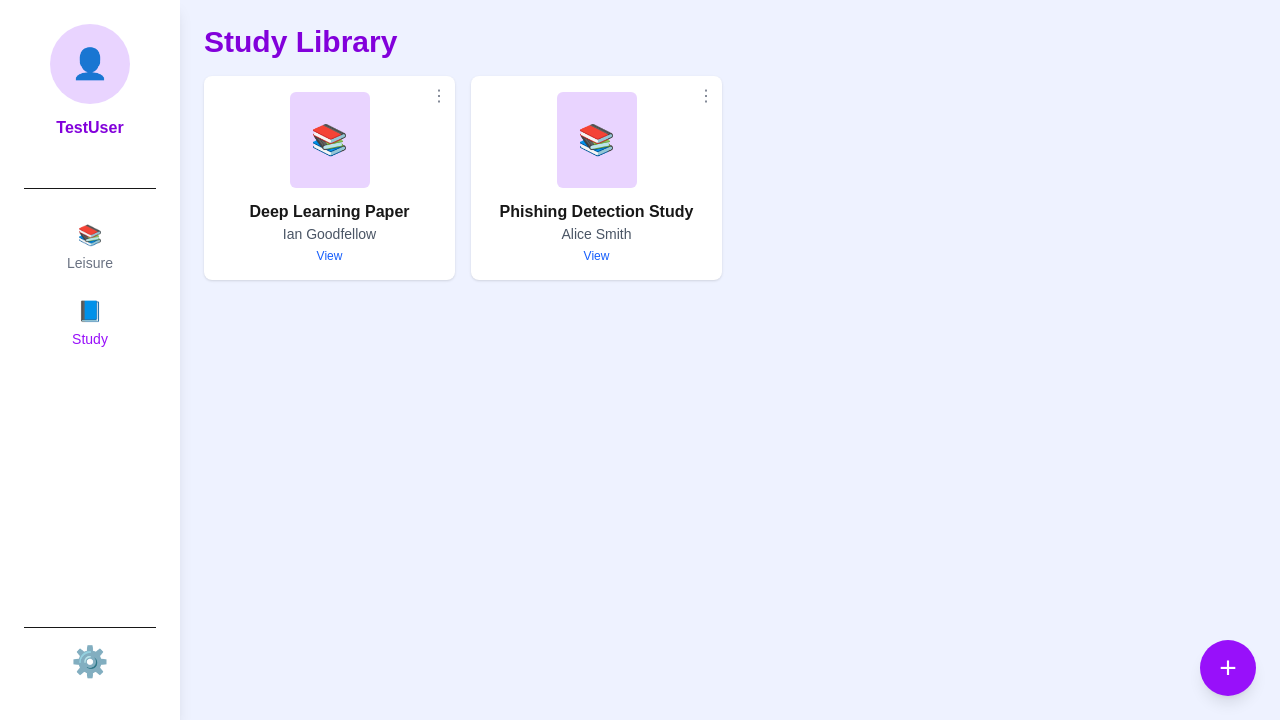
Repository: ramosfranz/bookie
Page: /dashboard
These files come from the project's save history. The page is drawn as it stood at one moment and after the next save; the edit follows.
The browser window is 1280 px wide. The pictures show the whole page.
The project was rebuilt for these pictures with package versions that can differ from the ones it lists, and the page was loaded fresh each time. The framework's server and built-in components were replaced by stand-ins that run in the browser. Also part of the build but not shown: next.config.ts.

Above is the page before, as saved 2025-11-17 00:47:53.

After the next save:
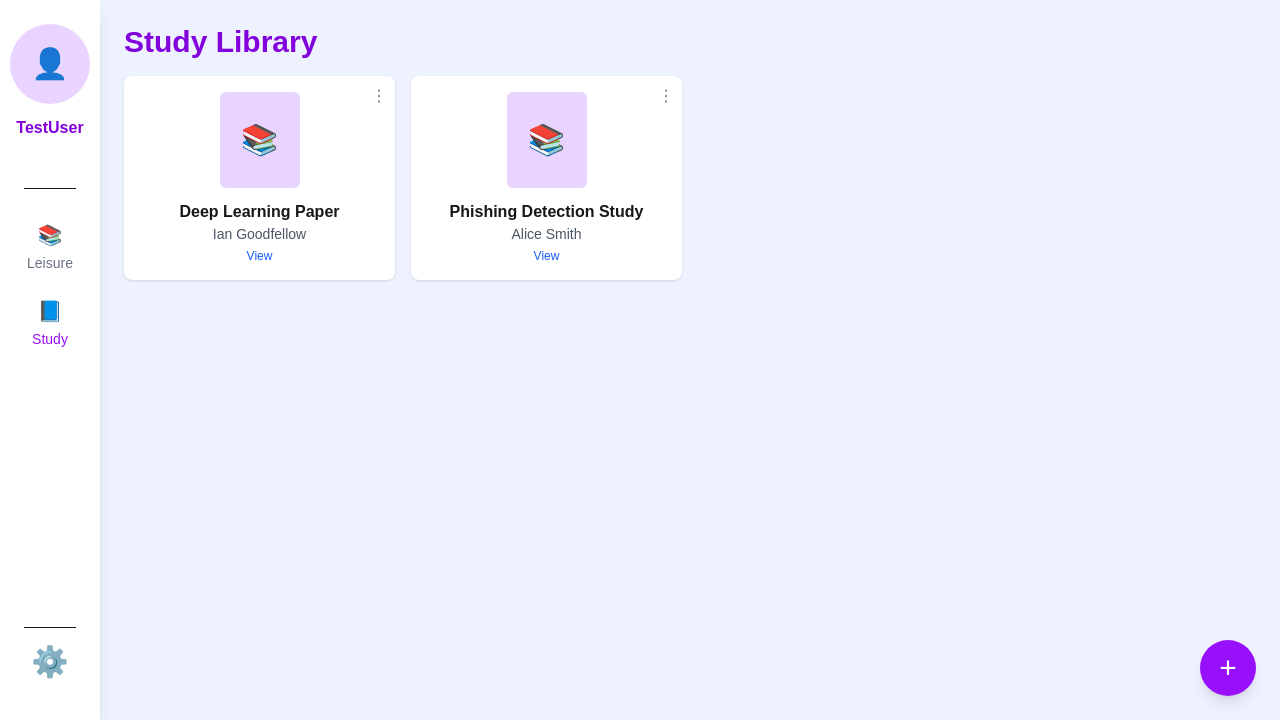
Saved 55 s later.
--- a/src/app/dashboard/page.tsx
+++ b/src/app/dashboard/page.tsx
@@ -96,7 +96,7 @@ const [confirmDelete, setConfirmDelete] = useState<{ id: string; title: string }
   <div className="min-h-screen bg-indigo-50 flex">
 
     {/* LEFT SIDEBAR */}
-    <aside className="w-[5%] min-w-[180px] bg-white shadow-lg p-6 flex flex-col items-center">
+    <aside className="w-[5%] min-w-[100px] bg-white shadow-lg p-6 flex flex-col items-center">
 
       {/* Profile Section */}
       <div className="mb-8 flex flex-col items-center">
